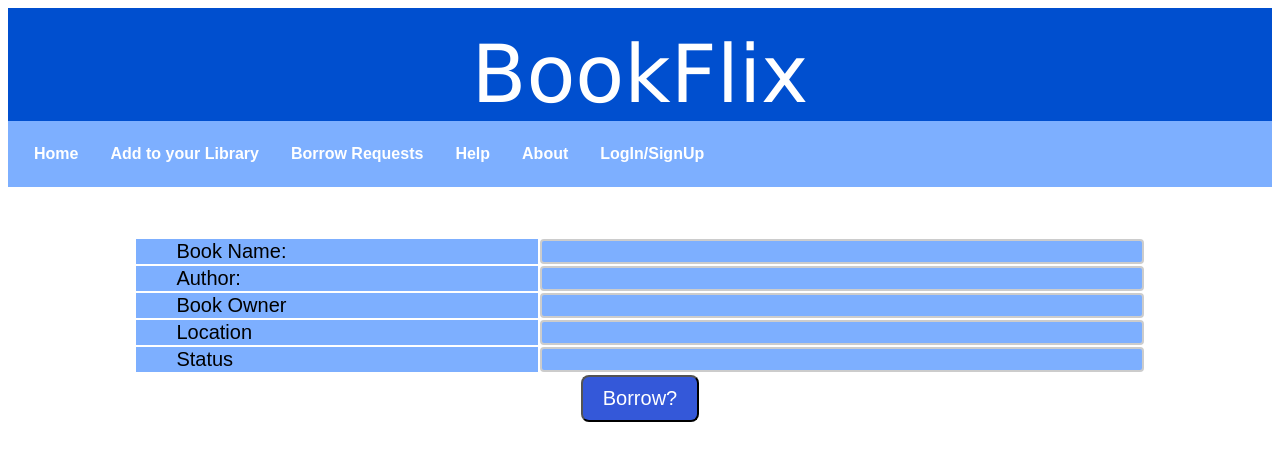
Repository: dan-10/Deloitte
Page: http://localhost/BookFlix/WEB-INF/views/status.jsp
These files come from the project's save history. The page is drawn as it stood at one moment and after the next save; the edit follows.
The browser window is 1280 px wide. The pictures show the whole page.
The page is served by Tomcat 9. Nobody is signed in. The template is opened directly, without the code that normally fills it, so the values that code supplies are empty.

Above is the page before, as saved 2019-08-09 04:52:18.

After the next save:
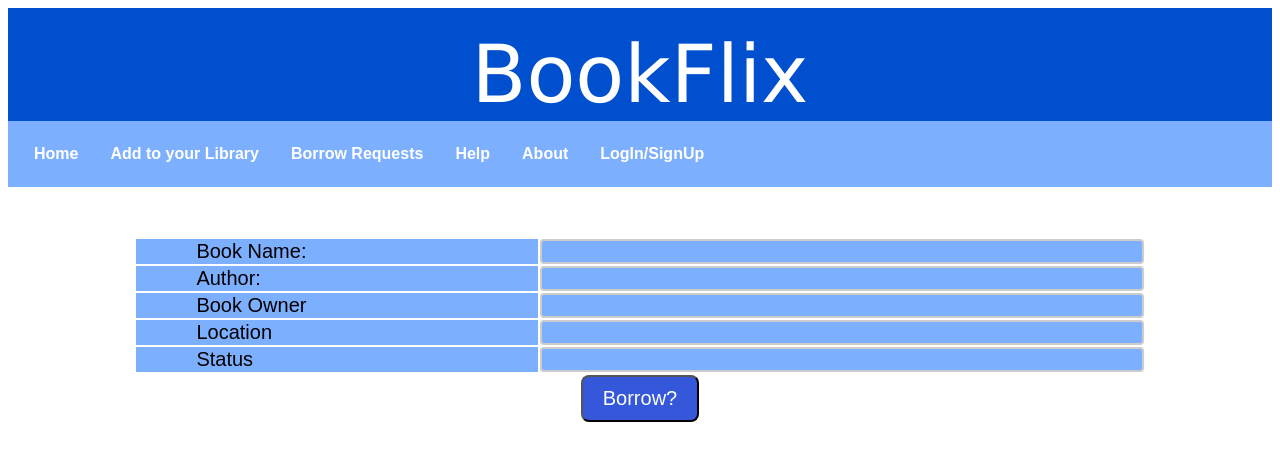
Saved 10 s later.
--- a/DeloitteTrainig/Final Project BookFlix/BookFlix/src/main/webapp/WEB-INF/views/status.jsp
+++ b/DeloitteTrainig/Final Project BookFlix/BookFlix/src/main/webapp/WEB-INF/views/status.jsp
@@ -41,7 +41,7 @@
 .td1{
 	background-color: #7dafff;
 	width: 20%;
-	padding-left: 40px;
+	padding-left: 60px;
 }
 
 .td {
